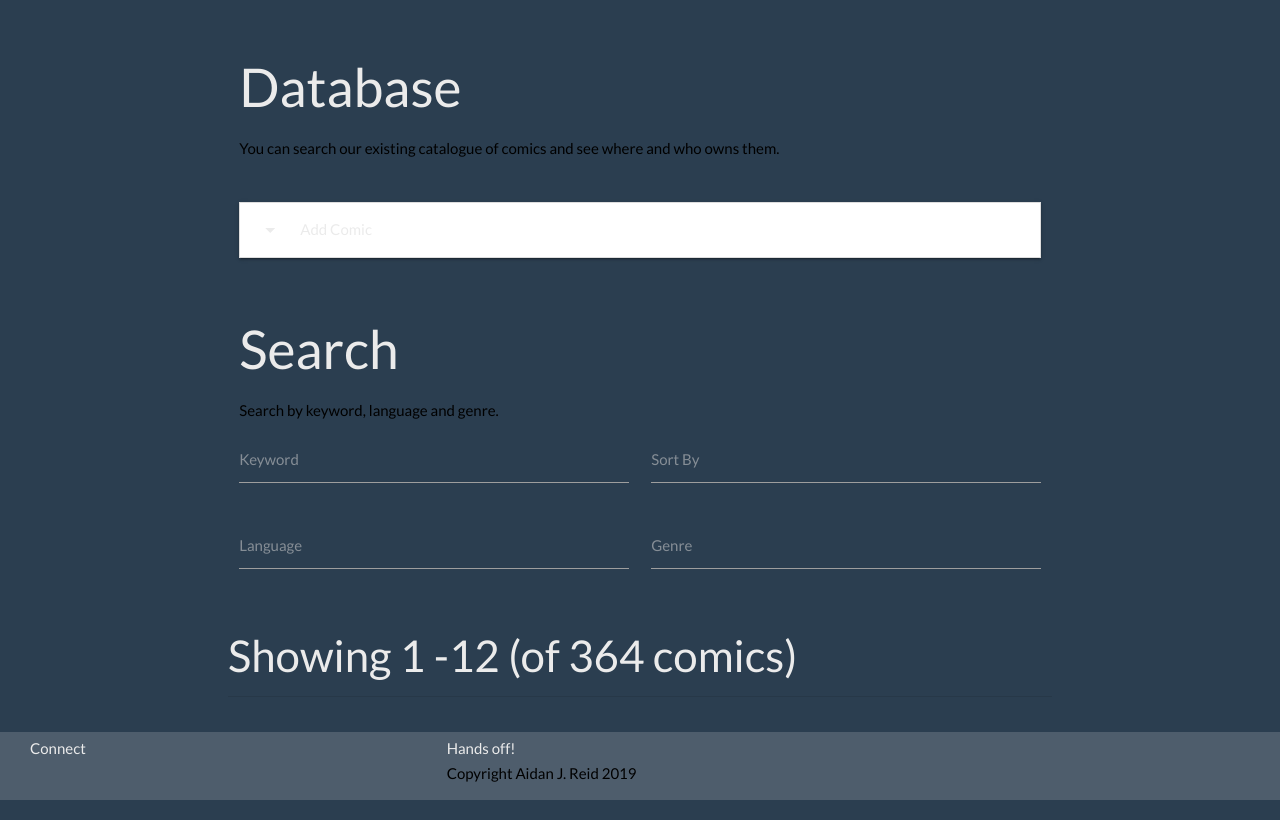
Repository: AidanJReid/Forex-Comix
Page: http://localhost/database
The author's editor kept a record of every edit. The page is drawn from the files as they stood at one moment, then again after the next edit.
The browser window is 1280 px wide. The pictures show the part of the page from y = 365 to 1185 px (the page is 1185 px tall before and 1086 px after).
The page is served by the project's application, run on Flask 3 (run.py). Queries for data that is not in the repository find no rows.

Above is the page before.

### templates/database.html
{% extends 'base.html' %} {% block content %}

<div class="container-fluid" id="body-bg">
    <div class="container row">
        <div class="col">
            <h2>{{ page_title }}</h2>
            <p>You can search our existing catalogue of comics and see where and who owns them.</p>
        </div>
    </div>
    <div class="container row">
        <div class="col">
            <ul class="collapsible">
                <li>
                    <div class="collapsible-header"><i class="material-icons">arrow_drop_down</i>Add Comic</div>
                    <div class="collapsible-body">
                        <form action="" method="POST">
                            <div class="row">
                                <div class="input-field col s6">
                                    <i class="material-icons prefix">account_circle</i>
                                    <select id="language">
                                      <option value="" disabled selected>Choose your language</option>
                                      {% for comic in comics %}
                                        <option value="{{ comic.language }}">{{ comic.language }}</option>
                                    {% endfor %}
                                    </select>
                                    <label for="icon_prefix">Language</label>
                                </div>
                                <div class="input-field col s6">
                                    <i class="material-icons prefix">account_circle</i>
                                    <input id="icon_prefix" type="text" class="validate">
                                    <label for="icon_prefix">Title</label>
                                </div>
                            </div>
                            <div class="row">
                                <div class="input-field col s6">
                                    <i class="material-icons prefix">account_circle</i>
                                    <input id="icon_prefix" type="text" class="validate">
                                    <label for="icon_prefix">Genre</label>
                                </div>
                                <div class="input-field col s6">
                                    <i class="material-icons prefix">account_circle</i>
                                    <input id="icon_prefix" type="text" class="validate">
                                    <label for="icon_prefix">Character</label>
                                </div>
                            </div>
                            <div class="row">
                                <div class="input-field col s6">
                                    <i class="material-icons prefix">account_circle</i>
                                    <select>
                                      <option value="" disabled selected>Choose difficulty</option>
                                      <option value="Easy"></option>
                                      <option value="Medium"></option>
                                      <option value="Hard"></option>
                                    </select>
                                    <label for="icon_prefix">Difficulty</label>
                                </div>
                                <div class="file-field input-field col s6">
                                    <div class="btn">
                                        <span>Upload Image</span>
                                        <input type="file">
                                    </div>
                                    <div class="file-path-wrapper">
                                        <input class="file-path validate" type="text">
                                    </div>
                                </div>
                            </div>
                            <div class="row">
                                <div class="input-field col s6">
                                    <i class="material-icons prefix">account_circle</i>
                                    <input id="icon_prefix" type="text" class="validate">
                                    <label for="icon_prefix">Condition</label>
                                </div>
                                <div class="input-field col s6">
                                    <i class="material-icons prefix">account_circle</i>
                                    <input id="icon_prefix" type="text" class="validate">
                                    <label for="icon_prefix">Extra</label>
                                </div>
                            </div>
                            <button type="submit" class="btn btn-primary">Add Comic!</button>
                        </form>
                    </div>
                </li>
            </ul>
        </div>
    </div>
    <div class="container row">
        <div class="col">
            <h2>Search</h2>

            <p>Search by keyword, language and genre.</p>
            <form>
                <div class="form">
                    <div class="row">
                        <div class="col">
                            <input type="text" class="form-control" placeholder="Keyword">
                        </div>
                        <div class="col">
                            <input type="text" class="form-control" placeholder="Sort By">
                        </div>
                    </div>
                    <div class="row">
                        <div class="col">
                            <input type="text" class="form-control" placeholder="Language">
                        </div>
                        <div class="col">
                            <input type="text" class="form-control" placeholder="Genre">
                        </div>
                    </div>
                </div>
            </form>
        </div>
    </div>

    <div class="container comics" id="comics">
        <h3>Showing 1 -12 (of 364 comics)</h3>
        <hr class="hr-sections">
        <div class="row no-gutters">

            {% for comic in DBComix %}

            <div class="col-xs-12 col-md-6 col-lg-3">
                <div class="border-info mb-3">
                    <div class="flip-card">
                        <div class="flip-inner">
                            <div class="flip-front">
                                <img class="image img-responsive" src="{{ comic.image_source }}" alt="comic" style="width:200px;height:300px">
                            </div>
                            <div class="flip-back">
                                <h4>{{ comic.language }}</h4>
                                <h5><a href="/database/{{ comic.url }}">{{ comic.title }}</a></h5>
                                <hr>
                                <ul>
                                    <li>Genre: {{ comic.genre }}</li>
                                    <li>Difficulty: {{ comic.difficulty }}</li>
                                    <li>Condition: {{ comic.condition }}</li>
                                    <li>Genre: {{ comic.genre }}</li>
                                    <li>Character: {{ comic.character }}</li>
                                    <li>Added Date: {{ comic.added_date }}</li>
                                    <li>Owner: {{ comic.owner }}</li>
                                </ul>
                            </div>
                        </div>
                    </div>
                </div>
            </div>

            {% endfor %}

        </div>
    </div>
</div>
{% endblock %}

### templates/base.html
<!DOCTYPE html>
<html lang="en">

<head>
    <meta charset="UTF-8">
    <meta name="viewport" content="width=device-width, initial-scale=1.0">
    <meta http-equiv="X-UA-Compatible" content="ie=edge">
    <link href="https://fonts.googleapis.com/icon?family=Material+Icons" rel="stylesheet">
    <link rel="stylesheet" href="{{ url_for('static', filename='css/bootstrap.min.css') }}" type="text/css">
    <link rel="stylesheet" href="https://cdnjs.cloudflare.com/ajax/libs/materialize/0.100.2/css/materialize.min.css">
    <link rel="stylesheet" href="{{ url_for('static', filename='css/style.css') }}" type="text/css">
    <title>Forex-Comix</title>
</head>

<body>

    <!--Navbar-->

    <nav class="navbar navbar-expand-lg navbar-light bg-light">
        <button class="navbar-toggler" type="button" data-toggle="collapse" data-target="#navbarColor03" aria-controls="navbarColor03" aria-expanded="false" aria-label="Toggle navigation">
    <span class="navbar-toggler-icon"></span>
  </button>

        <div class="collapse navbar-collapse" id="navbarColor03">
            <ul class="navbar-nav mr-auto">
                <li class="nav-item active">
                    <a class="nav-link" href="{{ url_for('index') }}">Home<span class="sr-only">(current)</span></a>
                </li>
                <li class="nav-item">
                    <a class="nav-link" href="{{ url_for('learner') }}">Learner</a>
                </li>
                <li class="nav-item">
                    <a class="nav-link" href="{{ url_for('bookseller') }}">Bookseller</a>
                </li>
                <li class="nav-item">
                    <a class="nav-link" href="{{ url_for('school') }}">School</a>
                </li>
                <li class="nav-item">
                    <a class="nav-link" href="{{ url_for('database') }}">Database</a>
                </li>
                <li class="nav-item">
                    <a class="nav-link" href="{{ url_for('contact') }}">Contact</a>
                </li>
                <li class="nav-item">
                    <a class="nav-link" href="{{ url_for('login') }}">Login</a>
                </li>
            </ul>
        </div>
    </nav>


    <!--Page Header-->

    <header>
        <div class="jumbotron" style="background-image: url('https://static.wixstatic.com/media/9a9a38_f3f2b69e0f21490abdf4a212a75a5c34~mv2_d_3000_2000_s_2.jpg/v1/fill/w_640,h_484,al_c,q_80,usm_0.66_1.00_0.01/9a9a38_f3f2b69e0f21490abdf4a212a75a5c34~mv2_d_3000_2000_s_2.webp')">
            <div class="container" style="background: white">
                    <h1 class="display-3">Forex-Comix</h1>
                    <p class="lead">New and used foreign comics for language exchange</p>
            </div>
        </div>
    </header>



    <!--Main Container-->

    <div class="container-fluid">

        {% block content %} {% endblock %}

    </div>

    <!--Footer-->

    <div class="container-fluid footer footer-dark bg-dark">
        <footer="container">
            <div class="row">
                <div class="col-sm-4 foot-col">
                    <h6>Connect</h6>
                    <a href="https://www.facebook.com/aidanjreidauthor/" target="_blank"><i class="fa fa-facebook fa-2x"></i></a>
                    <a href="http://www.twitter.com/aidanjreid" target="_blank"><i class="fa fa-twitter fa-2x"></i></a>
                    <a href="https://www.linkedin.com/in/aidanreid/" target="_blank"><i class="fa fa-linkedin fa-2x"></i></a>
                </div>
                <div class="col-sm-4 foot-col">
                    <h6>Hands off!</h6>
                    <p>Copyright Aidan J. Reid 2019</p>
                </div>
            </div>
            </footer>
    </div>

<!--Custom Scripts-->

<script src="https://ajax.googleapis.com/ajax/libs/jquery/3.4.1/jquery.min.js"></script>
<script src="https://cdnjs.cloudflare.com/ajax/libs/materialize/0.100.2/js/materialize.min.js"></script>
<script src="https://maxcdn.bootstrapcdn.com/bootstrap/4.3.1/js/bootstrap.min.js"></script>
<!--Database dropdown-->
<script>
    $(document).ready(function() {
        $('.collapsible').collapsible();
        $('select').material_select();
    });
</script>
<script>
 $(".add-ingredient").on("click", function () {

</body>
</html>

### run.py
import os

from flask import Flask, render_template, request, url_for, redirect, flash
from flask_pymongo import PyMongo
from bson.objectid import ObjectId

app = Flask(__name__)

app.config["MONGO_DBNAME"] = 'ForexComix'
app.config["MONGO_URI"] = 'mongodb+srv://natureboy:ttDFW9m3@myfirstcluster-fbekj.mongodb.net/ForexComix?retryWrites=true&w=majority'

mongo = PyMongo(app)

@app.route('/')
def index():
    return render_template("index.html")

@app.route('/learner')
def learner():
    return render_template("learner.html", page_title="Learner")

@app.route('/bookseller')
def bookseller():
    return render_template("bookseller.html", page_title="Bookseller")

@app.route('/school')
def school():
    return render_template("school.html", page_title="School")

@app.route('/login')
def login():
    return render_template("login.html", page_title="Login")

@app.route('/addcomic')
def addcomic():
    return render_template("addcomic.html", page_title="Add Comic")

@app.route('/database', methods=["GET", "POST"])
def database():
    return render_template("database.html", page_title="Database", DBComix=mongo.db.DBComix.find())

@app.route('/database/<comic_title>')
def database_comic(comic_title):
    return render_template("comic.html", DBComix=mongo.db.DBComix.find())


@app.route('/contact', methods=["GET", "POST"])
def contact():
    if request.method == "POST":
        flash("Thanks {}, I got your message, loud and clear!".format(
              request.form["name"]))
    return render_template("contact.html", page_title="Contact")

if __name__ == '__main__':
    app.run(host=os.environ.get('IP'),
            port=int(os.environ.get('PORT')),
            debug=True)

# Debug=true should be removed on submission!

### static/css/style.css
/* Home Page */

body p {
  color: black;
}


/*Profiles*/

#profiles.container.profiles {
  text-align: center;
}

#school {
  background: red;
}

#learner {
  background: yellow;
}

#bookseller {
  background: blue;
}

/*Cards*/

.flip-card {
  background-color: transparent;
  width: 200px;
  height: 300px;
  border: 1px solid #f1f1f1;
  perspective: 1000px;
}

.flip-inner {
  position: relative;
  width: 100%;
  height: 100%;
  text-align: center;
  font-size: 12px;
  transition: transform 0.8s;
  transform-style: preserve-3d;
}

.flip-card:hover .flip-inner {
  transform: rotateY(180deg);
}

.flip-front,
.flip-back {
  position: absolute;
  width: 100%;
  height: 100%;
  backface-visibility: hidden;
}

.flip-back {
  padding-top: 0%;
  background-color: rgba(0, 0, 0, 0.20);
  color: white;
  transform: rotateY(180deg);
}

Loaded but not shown: static/css/bootstrap.min.css (library)

After the next edit:
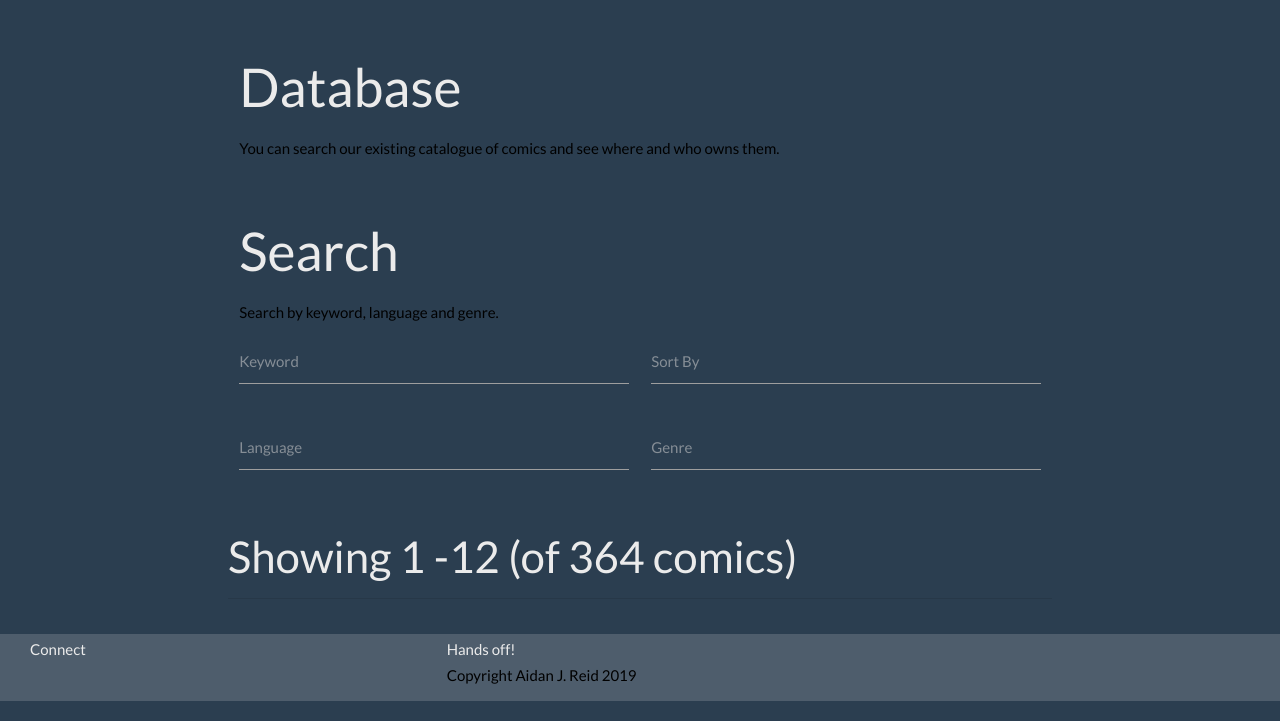
The edit:
--- a/templates/database.html
+++ b/templates/database.html
@@ -7,82 +7,7 @@
             <p>You can search our existing catalogue of comics and see where and who owns them.</p>
         </div>
     </div>
-    <div class="container row">
-        <div class="col">
-            <ul class="collapsible">
-                <li>
-                    <div class="collapsible-header"><i class="material-icons">arrow_drop_down</i>Add Comic</div>
-                    <div class="collapsible-body">
-                        <form action="" method="POST">
-                            <div class="row">
-                                <div class="input-field col s6">
-                                    <i class="material-icons prefix">account_circle</i>
-                                    <select id="language">
-                                      <option value="" disabled selected>Choose your language</option>
-                                      {% for comic in comics %}
-                                        <option value="{{ comic.language }}">{{ comic.language }}</option>
-                                    {% endfor %}
-                                    </select>
-                                    <label for="icon_prefix">Language</label>
-                                </div>
-                                <div class="input-field col s6">
-                                    <i class="material-icons prefix">account_circle</i>
-                                    <input id="icon_prefix" type="text" class="validate">
-                                    <label for="icon_prefix">Title</label>
-                                </div>
-                            </div>
-                            <div class="row">
-                                <div class="input-field col s6">
-                                    <i class="material-icons prefix">account_circle</i>
-                                    <input id="icon_prefix" type="text" class="validate">
-                                    <label for="icon_prefix">Genre</label>
-                                </div>
-                                <div class="input-field col s6">
-                                    <i class="material-icons prefix">account_circle</i>
-                                    <input id="icon_prefix" type="text" class="validate">
-                                    <label for="icon_prefix">Character</label>
-                                </div>
-                            </div>
-                            <div class="row">
-                                <div class="input-field col s6">
-                                    <i class="material-icons prefix">account_circle</i>
-                                    <select>
-                                      <option value="" disabled selected>Choose difficulty</option>
-                                      <option value="Easy"></option>
-                                      <option value="Medium"></option>
-                                      <option value="Hard"></option>
-                                    </select>
-                                    <label for="icon_prefix">Difficulty</label>
-                                </div>
-                                <div class="file-field input-field col s6">
-                                    <div class="btn">
-                                        <span>Upload Image</span>
-                                        <input type="file">
-                                    </div>
-                                    <div class="file-path-wrapper">
-                                        <input class="file-path validate" type="text">
-                                    </div>
-                                </div>
-                            </div>
-                            <div class="row">
-                                <div class="input-field col s6">
-                                    <i class="material-icons prefix">account_circle</i>
-                                    <input id="icon_prefix" type="text" class="validate">
-                                    <label for="icon_prefix">Condition</label>
-                                </div>
-                                <div class="input-field col s6">
-                                    <i class="material-icons prefix">account_circle</i>
-                                    <input id="icon_prefix" type="text" class="validate">
-                                    <label for="icon_prefix">Extra</label>
-                                </div>
-                            </div>
-                            <button type="submit" class="btn btn-primary">Add Comic!</button>
-                        </form>
-                    </div>
-                </li>
-            </ul>
-        </div>
-    </div>
+
     <div class="container row">
         <div class="col">
             <h2>Search</h2>
